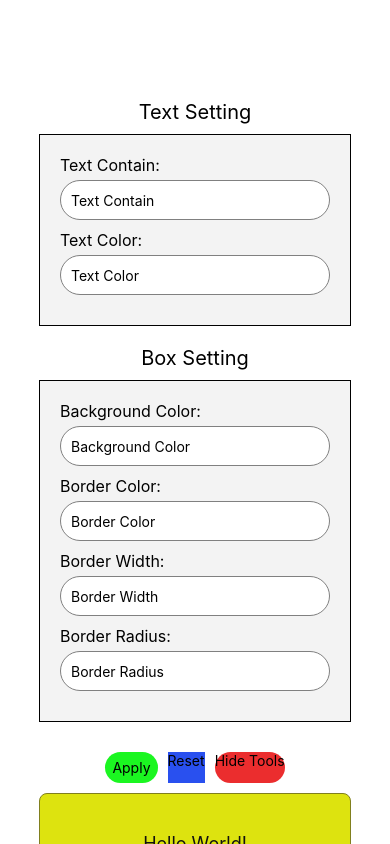
Repository: amirjavadikia/mobile-projectg
Screen: /
An editor plug-in stored every save of this project. The screen is shown before and after a run of saves, followed by the edit.
An inner scrolling area shows only its first screen. The app was drawn by React Native's web renderer in a window 390 px wide. The project was rebuilt for these pictures with package versions that can differ from the ones it lists, and the page was loaded fresh each time.

Above is the screen before, as saved 2024-05-14 22:25:18.

After the next 2 saves:
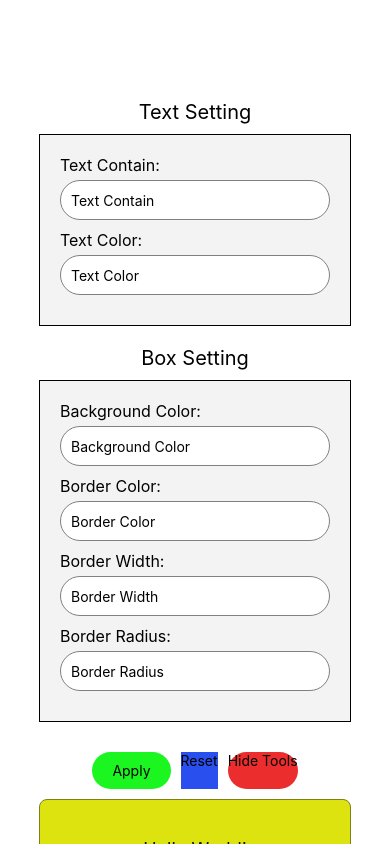
The 2 saves are shown as one change because they came seconds apart.
The last was saved 101 s later.
--- a/App.tsx
+++ b/App.tsx
@@ -303,9 +303,9 @@ const styles = StyleSheet.create({
     marginRight: 10,
     borderRadius: 20,
     backgroundColor: '#1bf621',
-    padding: 7,
+    paddingVertical: 10,
+    paddingHorizontal: 20,
     alignItems: 'center',
-    textAlign: 'center',
     justifyContent: 'center'
   },
   resetButton: {
